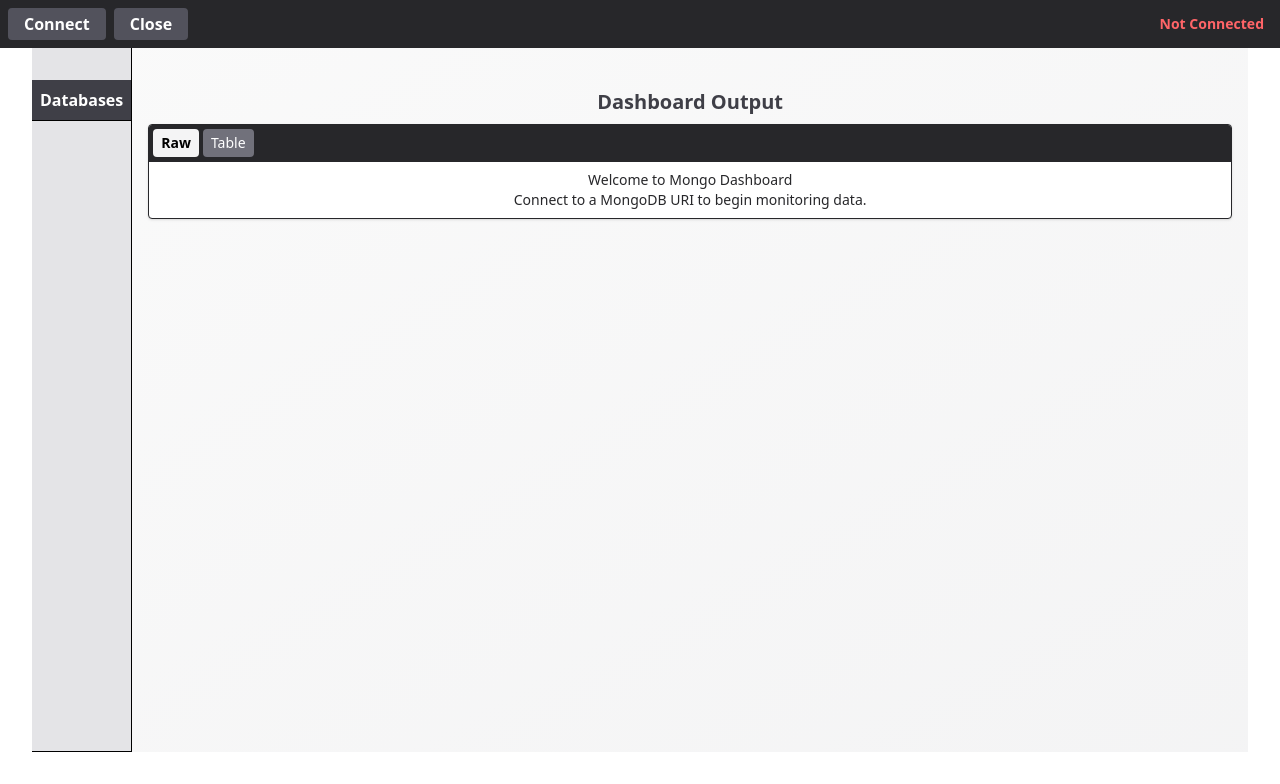
Repository: aryan151pratap/Dashboard
Page: / (app in frontened/)
The author's editor kept a copy of each file at every save. The page is drawn from the files as they stood at one save, then again after the next save.
The browser window is 1280 px wide. The pictures show the whole page.
The page's requests for data from a server got no answer. The project was rebuilt for these pictures with package versions that can differ from the ones it lists, and the page was loaded fresh each time. No one was signed in, and anything a server would have sent is missing. Also part of the build but not shown: frontened/vite.config.js, frontened/src/component/connect.jsx, frontened/src/component/table.jsx.

Above is the page before, as saved 2025-06-24 18:34:46.

### frontened/index.html
<!doctype html>
<html lang="en">
  <head>
    <meta charset="UTF-8" />
    <link rel="icon" type="image/svg+xml" href="/vite.svg" />
    <meta name="viewport" content="width=device-width, initial-scale=1.0" />
    <title>Dashboard</title>
    <script src="https://cdn.jsdelivr.net/npm/@tailwindcss/browser@4"></script>

  </head>
  <body>
    <div id="root"></div>
    <script type="module" src="/src/main.jsx"></script>
  </body>
</html>

### frontened/src/App.jsx
import { useState } from 'react'
import './App.css'
import Page from './component/page'

function App() {

  return (
    <>
    <div className='h-screen max-w-full'>
      <Page/>
    </div>
    </>
  )
}

export default App

### frontened/src/component/page.jsx
import Bar from "./bar";

function Page(){
	return(
		<>
		<div className="h-full w-full bg-gradient-to-br from-zinc-50 to-zinc-100">
			<Bar/>
		</div>
		</>
	)
}

export default Page;

### frontened/src/component/bar.jsx
import { useState } from "react";
import Connect from "./connect";
import Dashboard from "./dashboard";

function Bar() {
	const [buttons] = useState(["connect", "close"]);
	const [showModal, setShowModal] = useState(false);
	const [connected, setConnected] = useState('not');
	const [cluster, setCluster] = useState([]);

	return (
		<div>
			{/* Top Navbar */}
			<div className="w-full fixed top-0 left-0 flex justify-between items-center bg-zinc-800 text-white z-10">
				<div className="flex gap-2 p-2">
					{buttons.map((i, index) => (
						<button
						key={index}
						onClick={() => i === "connect" && setShowModal(true)}
						className="capitalize font-semibold bg-zinc-600 px-4 py-1 rounded hover:bg-zinc-700"
						>
						{i}
						</button>
					))}
				</div>
				<div className="h-full">
					{connected === 'connecting' ?
						<div className="flex items-center gap-2 px-4 py-2 text-sm font-semibold text-blue-500">
							<div className="w-5 h-5 border-3 border-blue-500 border-t-transparent rounded-full animate-spin"></div>
							<span>Connecting...</span>
						</div>

						:
						<p className={`px-4 py-2 relative font-semibold text-sm ${connected !== 'not' ? "text-green-400 " : "text-red-400"}`}>
							{connected !== 'not' &&
								<div>
									<div className="absolute right-1 top-0 p-1 rounded-full bg-green-400">
									</div>
									<div className="absolute right-1 top-0 p-1 rounded-full bg-green-400 animate-ping">
									</div>
								</div>
							}
							<span>{connected !== 'not' ? "Connected" : "Not Connected"}</span>
						</p>
					}
				</div>
			</div>

			<div>
				<Dashboard cluster={cluster}/>
			</div>



			{showModal && (
				<Connect
					setConnected={setConnected}
					setShowModal={setShowModal}
					setCluster={setCluster}
				/>
			)}
		</div>
	);
}

export default Bar;

### frontened/src/component/dashboard.jsx
import { useState } from "react";
import Left_bar from "../bars/left_bar";
import Right_bar from "../bars/right_bar";

function Dashboard({ cluster }){

	const [collection, setCollection] = useState(null);

	return(
		<>
		<div className="w-full flex sm:flex-row flex-col">

			<Left_bar setCollection={setCollection} cluster={cluster}/>

			<Right_bar collection={collection}/>

		</div>
		</>
	)
}

export default Dashboard;

### frontened/src/bars/left_bar.jsx
import { useState } from "react";
import clusterData from "../data/clusterData";
const apiUrl = import.meta.env.VITE_BACKEND_ADD;

function Left_bar({ setCollection, cluster }){
	const [current_database, setCurrent_database] = useState(null);

	const handle_current_database = function(i){
		setCurrent_database(i);
	}

	const handle_current_collections = async function(i){
		const new_data = {
			uri: cluster.uri,
			database: current_database.name,
			collection: i,
		}
		console.log(new_data);
		try{
			if(new_data){
				const res = await fetch(`${apiUrl}/api/collection/`, {
					method: 'POST',
					headers: {
						'Content-Type': 'application/json',
					},
					credentials: 'include',
					body: JSON.stringify(new_data),
				})

				const result = await res.json();
				if(result.ok){
					const collection = {
						cluster: cluster.name,
						...new_data,
						data: result.data
					}
					setCollection(collection);
				} else {
					console.error(result.message || 'Login failed');
				}
			}
		} catch (err) {
			console.log(err);
		}
	}

	return(
		<>
		<div className="sticky top-0 shrink-0 h-fit sm:h-screen w-full sm:w-fit pt-12 bg-zinc-200 border-b sm:border-r">

			<div className="flex flex-row border-b">
				<button className={`sm:w-full sm:text-center font-bold px-2 py-2 ${current_database === null ? 'text-white bg-zinc-700' : 'text-zinc-700'}`}
					onClick={() => setCurrent_database(null)}
				>
					{current_database ?
					<span>{current_database.name}</span>
					:
					<span>Databases</span>
					}
				</button>

				{current_database &&
					<button className={`sm:text-center font-bold px-4 py-2 ${current_database !== null ? 'text-white bg-zinc-700' : 'text-zinc-700'}`}>Collections</button>
				}
			</div>


			<ul className="text-sm flex sm:flex-col flex-row overflow-x-auto">
			{current_database ?
			<>
				{current_database.collections?.map((i, index) => (
					<li key={index} className="hover:underline cursor-pointer border-r sm:border-r-0 sm:border-b px-4 py-2"
					onClick={() => handle_current_collections(i)}
					>
						{i}
					</li>
				))}
			</>
			:
			<>
				{cluster.databases?.map((i, index) => (
					<li key={index} className="hover:underline cursor-pointer border-r sm:border-r-0 sm:border-b px-4 py-2"
					onClick={() => handle_current_database(i)}
					>
						{i.name}
					</li>
				))}
			</>
			}
			</ul>
		</div>
		</>
	)
}

export default Left_bar;

### frontened/src/bars/right_bar.jsx
import { useState } from "react";
import Table from "../component/table";

function Right_bar({ collection }){

	const [tab, setTab] = useState(['raw', 'table']);
	const [current_tab, setCurrrent_tab] = useState('raw');

	return(
		<>
		<div className="w-full sm:pt-14 p-2 sm:p-4">
			<h1 className="text-xl font-bold mb-2 text-zinc-700">Dashboard Output</h1>

			{collection &&
				<div className="bg-zinc-200 p-2 mb-2">
					<div className="flex flex-row gap-2 overflow-x-auto font-semibold text-zinc-700">
						<span className="shrink-0 hover:underline cursor-pointer">{collection.cluster}
							<svg xmlns="http://www.w3.org/2000/svg" className="w-4 h-4 ml-1 inline-block" fill="none" viewBox="0 0 24 24" stroke="currentColor" strokeWidth={2}>
								<path strokeLinecap="round" strokeLinejoin="round" d="M9 5l7 7-7 7" />
							</svg>
						</span>
						<span className="shrink-0 hover:underline cursor-pointer">{collection.database}
							<svg xmlns="http://www.w3.org/2000/svg" className="w-4 h-4 ml-1 inline-block" fill="none" viewBox="0 0 24 24" stroke="currentColor" strokeWidth={2}>
								<path strokeLinecap="round" strokeLinejoin="round" d="M9 5l7 7-7 7" />
							</svg>
						</span>
						<span className="shrink-0 hover:underline cursor-pointer">{collection.collection}
						</span>
					</div>
				</div>
			}

			<div className="bg-white border rounded shadow text-sm text-zinc-800 overflow-hidden">
				<div className="bg-zinc-800 flex gap-1 p-1 border-b">
					{tab.map((i, index) => (
						<button key={index} className={`${current_tab === i ? 'bg-zinc-100 text-black font-bold' : 'bg-zinc-500 text-white'} px-2 py-1 rounded-sm capitalize cursor-pointer`}
						onClick={() => setCurrrent_tab(i)}
						>
							{i}
						</button>
					))}
				</div>


				<div className="overflow-x-auto">

					{collection?.data.length > 0 ?
						<div className="">
							{current_tab === 'table' ?
							<div>
								<Table collection={collection}/>
							</div>
							:
								<div>
									{collection.data.map((i, index) => (
										<pre key={index} className="bg-black text-green-400 p-4 rounded overflow-x-auto text-sm">
											{JSON.stringify(i, null, 2)}
										</pre>
									))}
								</div>
							}
					</div>
					:
					<div className="p-2">
						<p>Welcome to Mongo Dashboard</p>
						<p>Connect to a MongoDB URI to begin monitoring data.</p>
					</div>
					}
				</div>
			</div>
		</div>
		</>
	)
}

export default Right_bar;

### frontened/src/data/clusterData.js
const clusterData = {
  name: "iotCluster",
  uri: "mongodb+srv://admin:pass@iotcluster.mongodb.net", // optional metadata
  databases: [
    {
      name: "sensorDB",
      collections: ["temperature", "humidity", "pressure"]
    },
    {
      name: "deviceLogs",
      collections: ["bootLogs", "errorLogs", "runtimeStats"]
    },
    {
      name: "statusDB",
      collections: ["uptime", "statusHistory", "batteryHealth"]
    }
  ]
};

export default clusterData;

### frontened/src/component/search.jsx
import { useEffect, useState } from "react";
import search_img from '../image/search.png';

function Search({ data, setData }){

	const [search, setSearch] = useState("");



	return(
		<>
		<div className="w-full p-3 mb-2 flex gap-2 bg-zinc-200/70">
			<input type="text" value={search} placeholder="Search . . ." className="w-full md:w-[50%] outline-none"
			onChange={(e) => {setSearch(e.target.value)}}
			/>
			<div className="text-zinc-400 items-center flex gap-2 flex-row justify-center ml-auto">
				{search.trim() !== '' &&
					<button className="text-zinc-500"
					onClick={() => setSearch('')}
					>
						<svg xmlns="http://www.w3.org/2000/svg" className="h-5 w-5" fill="none" viewBox="0 0 24 24" stroke="currentColor">
							<path strokeLinecap="round" strokeLinejoin="round" strokeWidth={2} d="M6 18L18 6M6 6l12 12" />
						</svg>
					</button>
				}
				<div className="border-1 h-full"></div>
				<img src={search_img} alt="" className="w-5 h-5"/>
			</div>
		</div>
		</>
	)
}

export default Search;

Loaded but not shown: frontened/src/main.jsx (common file); frontened/src/App.css (common file)

After the next save:
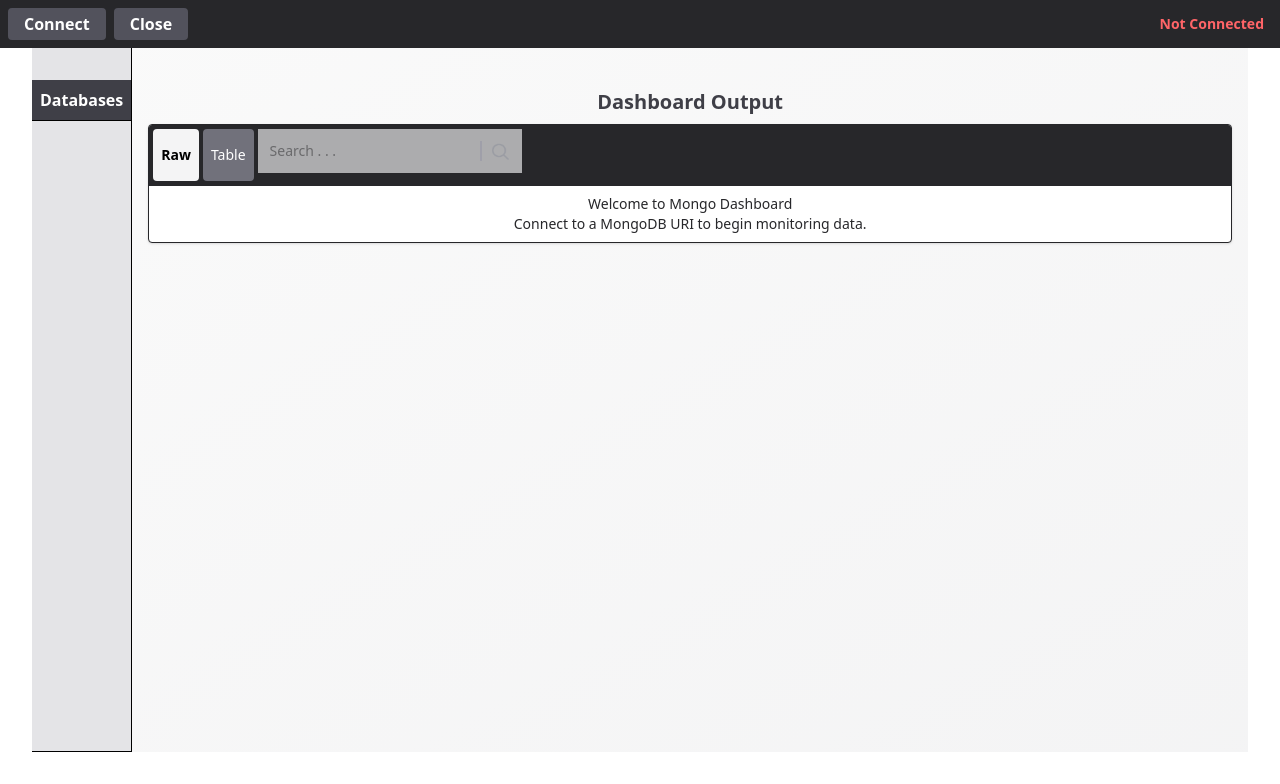
Saved 35 s later.
--- a/frontened/src/bars/right_bar.jsx
+++ b/frontened/src/bars/right_bar.jsx
@@ -1,5 +1,6 @@
 import { useState } from "react";
 import Table from "../component/table";
+import Search from "../component/search";
 
 function Right_bar({ collection }){
 
@@ -39,6 +40,9 @@
 							{i}
 						</button>
 					))}
+					<div>
+						<Search/>
+					</div>
 				</div>
 
 
